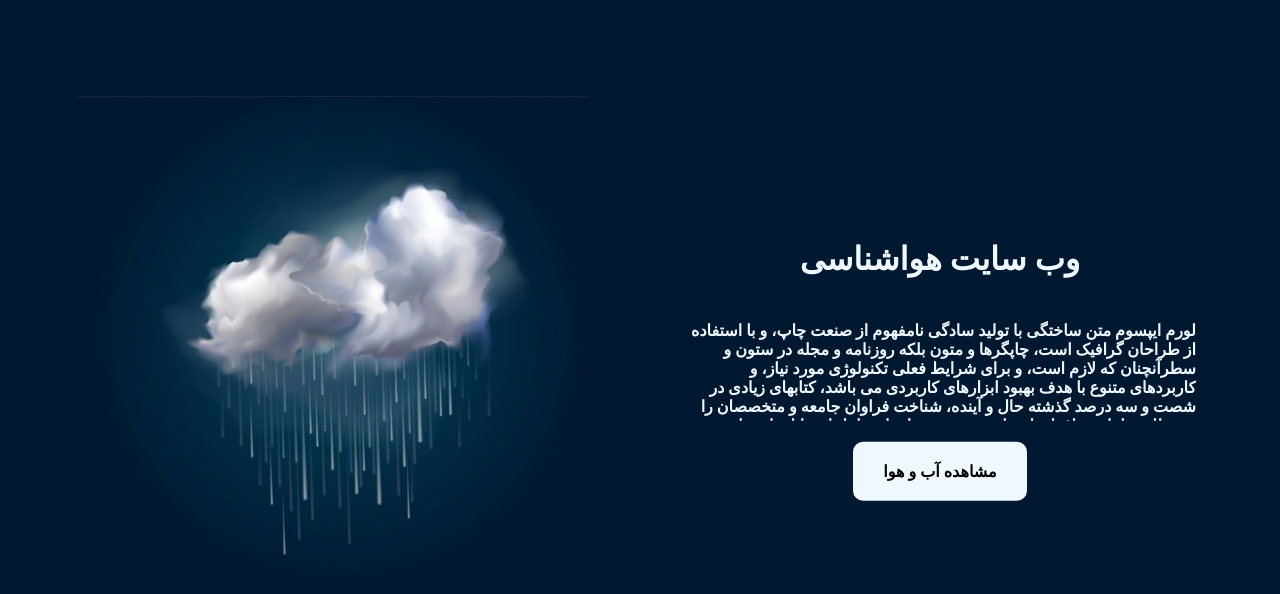
Repository: fateme81yosefi/weather
Page: landing/Landing.html
The author's editor kept a copy of each file at every save. The page is drawn from the files as they stood at one save, then again after the next save.
The browser window is 1280 px wide. The pictures show the whole page.
Some web fonts or font styles are not loaded; a fallback is used.

Above is the page before, as saved 2025-02-02 17:07:07.

After the next save:
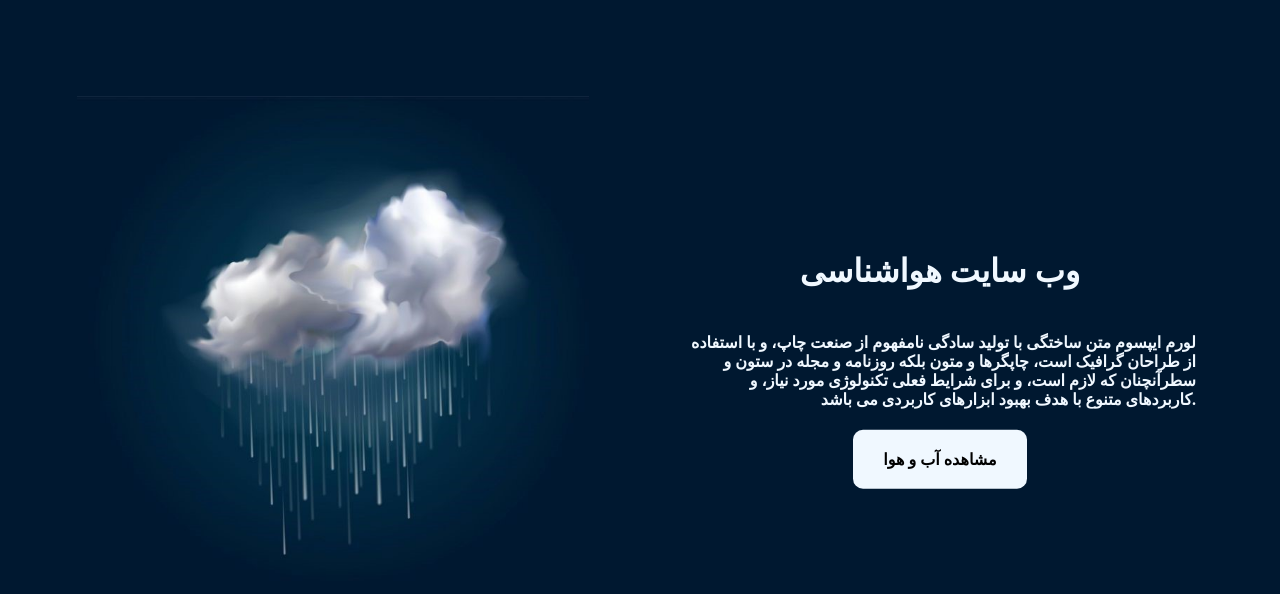
Saved 9 s later.
--- a/landing/Landing.html
+++ b/landing/Landing.html
@@ -18,11 +18,7 @@
             <h1>وب سایت هواشناسی</h1>
             <h4>لورم ایپسوم متن ساختگی با تولید سادگی نامفهوم از صنعت چاپ، و با استفاده از طراحان گرافیک است، چاپگرها و
                 متون بلکه روزنامه و مجله در ستون و سطرآنچنان که لازم است، و برای شرایط فعلی تکنولوژی مورد نیاز، و
-                کاربردهای متنوع با هدف بهبود ابزارهای کاربردی می باشد، کتابهای زیادی در شصت و سه درصد گذشته حال و آینده،
-                شناخت فراوان جامعه و متخصصان را می طلبد، تا با نرم افزارها شناخت بیشتری را برای طراحان رایانه ای علی
-                الخصوص طراحان خلاقی، و فرهنگ پیشرو در زبان فارسی ایجاد کرد، در این صورت می توان امید داشت که تمام و
-                دشواری موجود در ارائه راهکارها، و شرایط سخت تایپ به پایان رسد و زمان مورد نیاز شامل حروفچینی دستاوردهای
-                اصلی، و جوابگوی سوالات پیوسته اهل دنیای موجود طراحی اساسا مورد استفاده قرار گیرد.</h4>
+                کاربردهای متنوع با هدف بهبود ابزارهای کاربردی می باشد.</h4>
             <button class="go-to-weather">مشاهده آب و هوا</button>
         </div>
 
